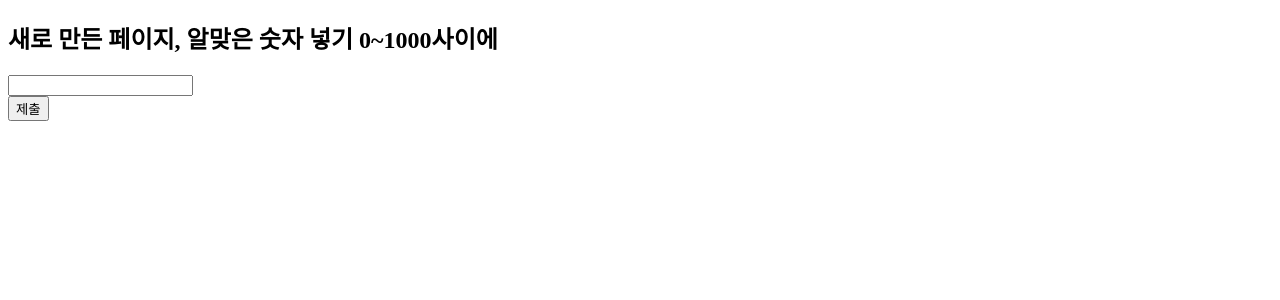
Repository: pearlgate/homework
Page: http://localhost/randomNum/jspRandom.jsp
These files come from the project's save history. The page is drawn as it stood at one moment and after the next save; the edit follows.
The browser window is 1280 px wide. The pictures show the whole page.
The page is served by Tomcat 9.

Above is the page before, as saved 2021-02-25 06:42:08.

After the next save:
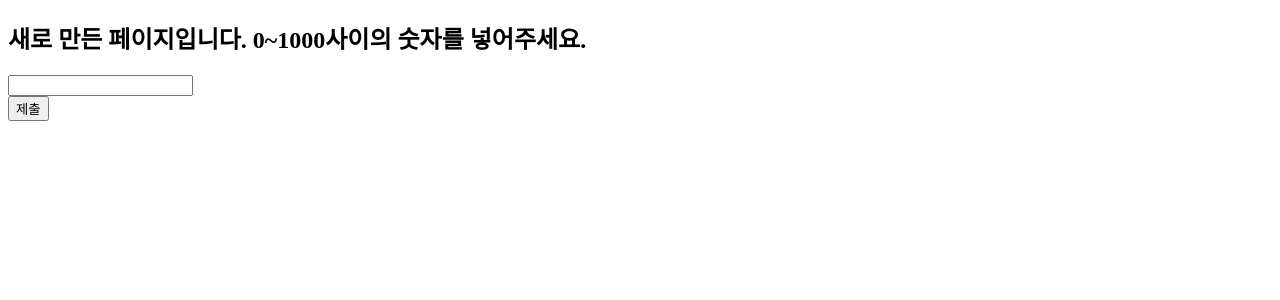
Saved 46 s later.
--- a/Noh/JAVA/Servlet jsp/servlet_workspace/randomNum/WebContent/jspRandom.jsp
+++ b/Noh/JAVA/Servlet jsp/servlet_workspace/randomNum/WebContent/jspRandom.jsp
@@ -17,7 +17,7 @@
 <body>
 <div>
 
-	  <h2>새로 만든 페이지, 알맞은 숫자 넣기 <%=minNum %>~<%=maxNum %>사이에</h2>
+	  <h2>새로 만든 페이지입니다. <%=minNum %>~<%=maxNum %>사이의 숫자를 넣어주세요.</h2>
 		<form action="guess-number">
 			<label></label><input type="text" name=""><br>
 			<input type="submit" value="제출">
